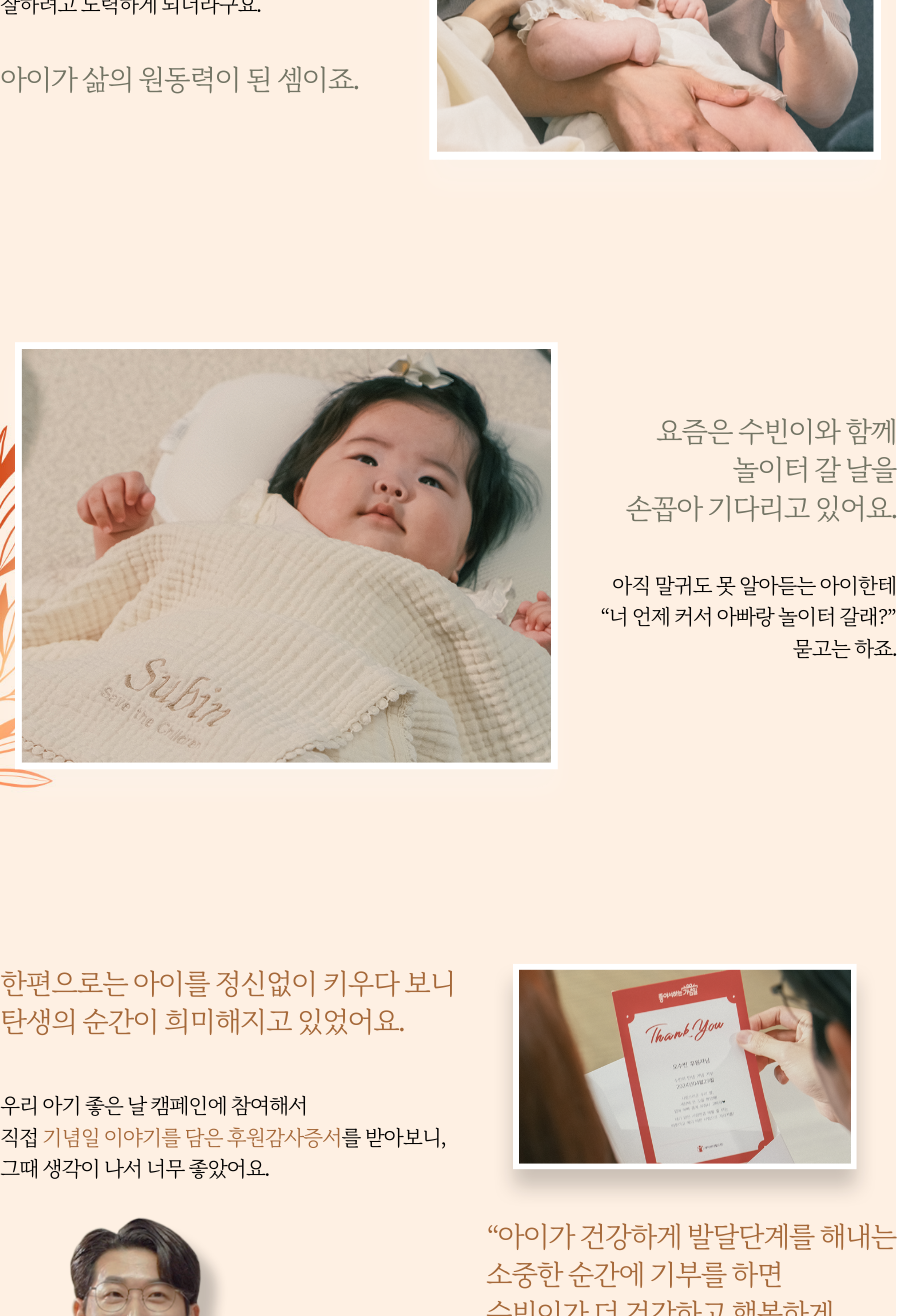
Repository: dlgywls1130/saveTheChildren
Page: index.html
These files come from the project's save history. The page is drawn as it stood at one moment and after the next save; the edit follows.
The browser window is 1280 px wide. The page is 1293 px wide, so the pictures cover 1293 px, including what lies to the right of the window. The pictures show the part of the page from y = 4620 to 6500 px (the page is 10765 px tall before and 10715 px after), at 70% of full size.
Some web fonts or font styles are not loaded; a fallback is used. The style sheet was rebuilt from its Sass, Less or Tailwind sources for each picture, by a compiler version that may differ from the author's.

Above is the page before, as saved 2024-11-01 23:00:31.

After the next save:
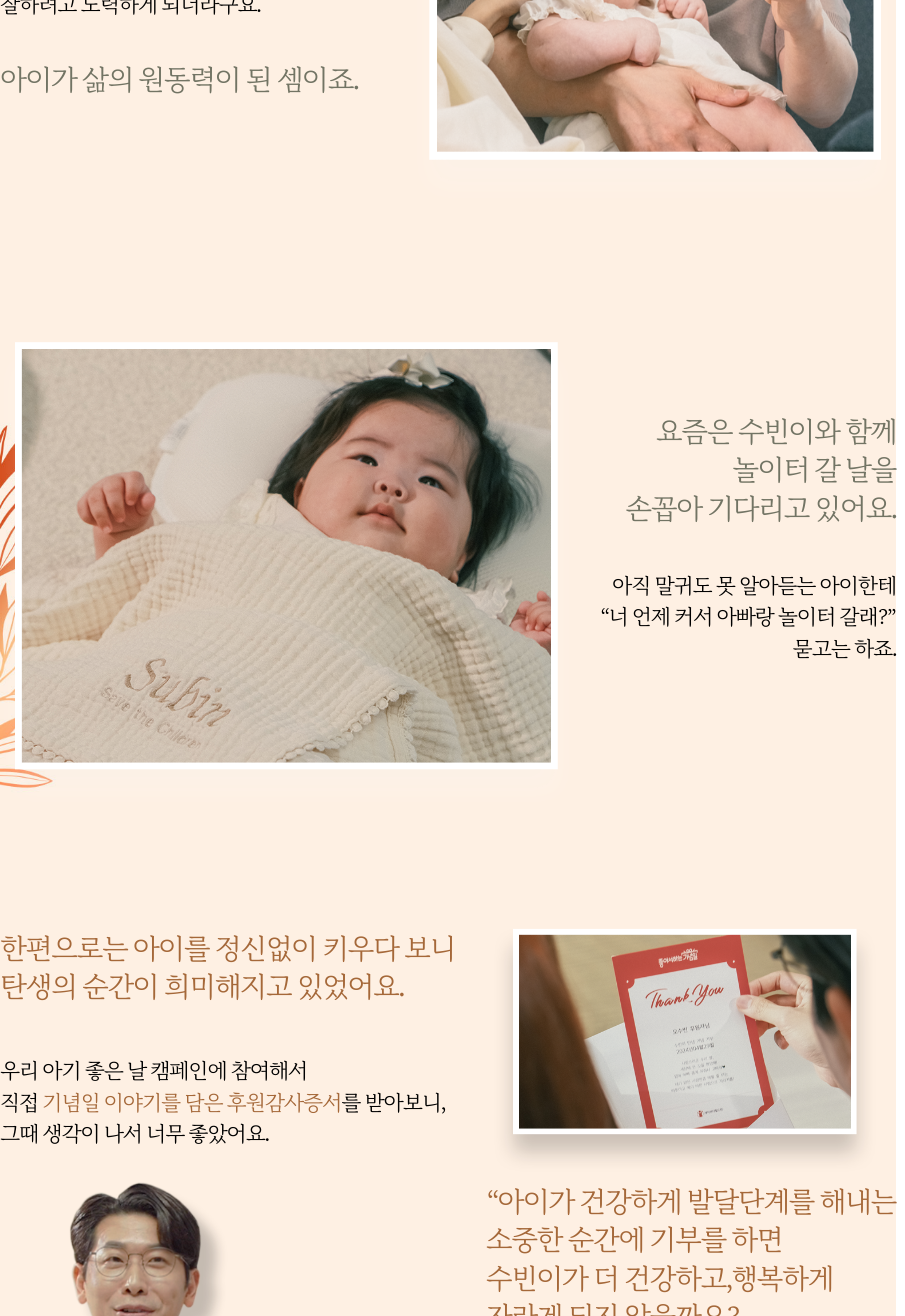
Saved 11 s later.
--- a/index.html
+++ b/index.html
@@ -126,7 +126,7 @@
             </div>
 
             <div class="story_04">
-                <div class="story04_01 mb-200">
+                <div class="story04_01 mb-150">
 
                     <div class="story_image">
                         <img src="/images/s4_1.png" alt="stroy">
